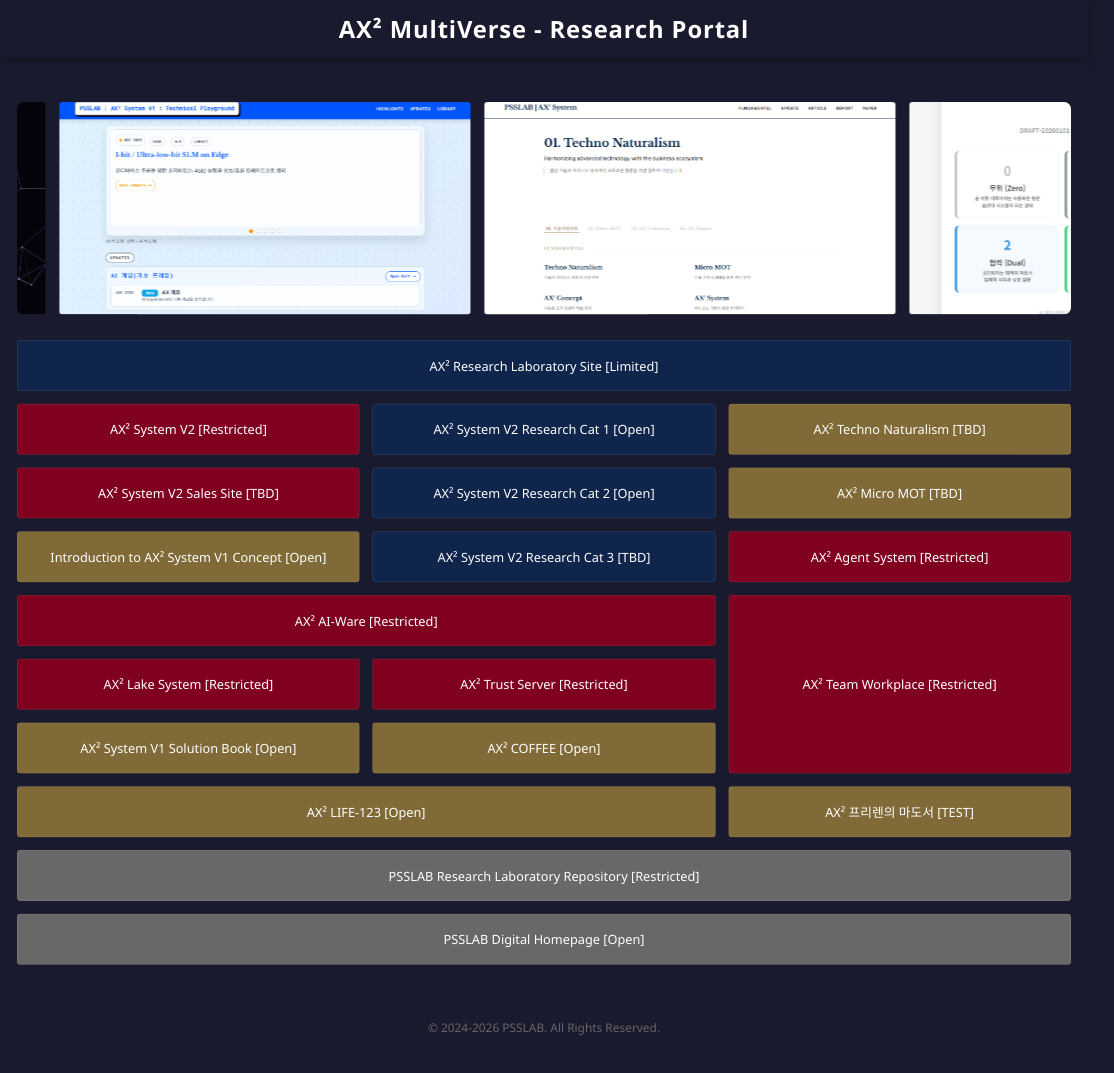
Repository: hycse89/PSSLAB_OpenSite
Page: psslab_multiverse_v3.html
An editor plug-in stored every save of this project. The page is shown before and after a run of saves, followed by the edit.
The browser window is 1280 px wide. The page is 1310 px wide, so the pictures cover 1310 px, including what lies to the right of the window. The pictures show the whole page, at 85% of full size.

Above is the page before, as saved 2026-01-11 21:50:51.

After the next 2 saves:
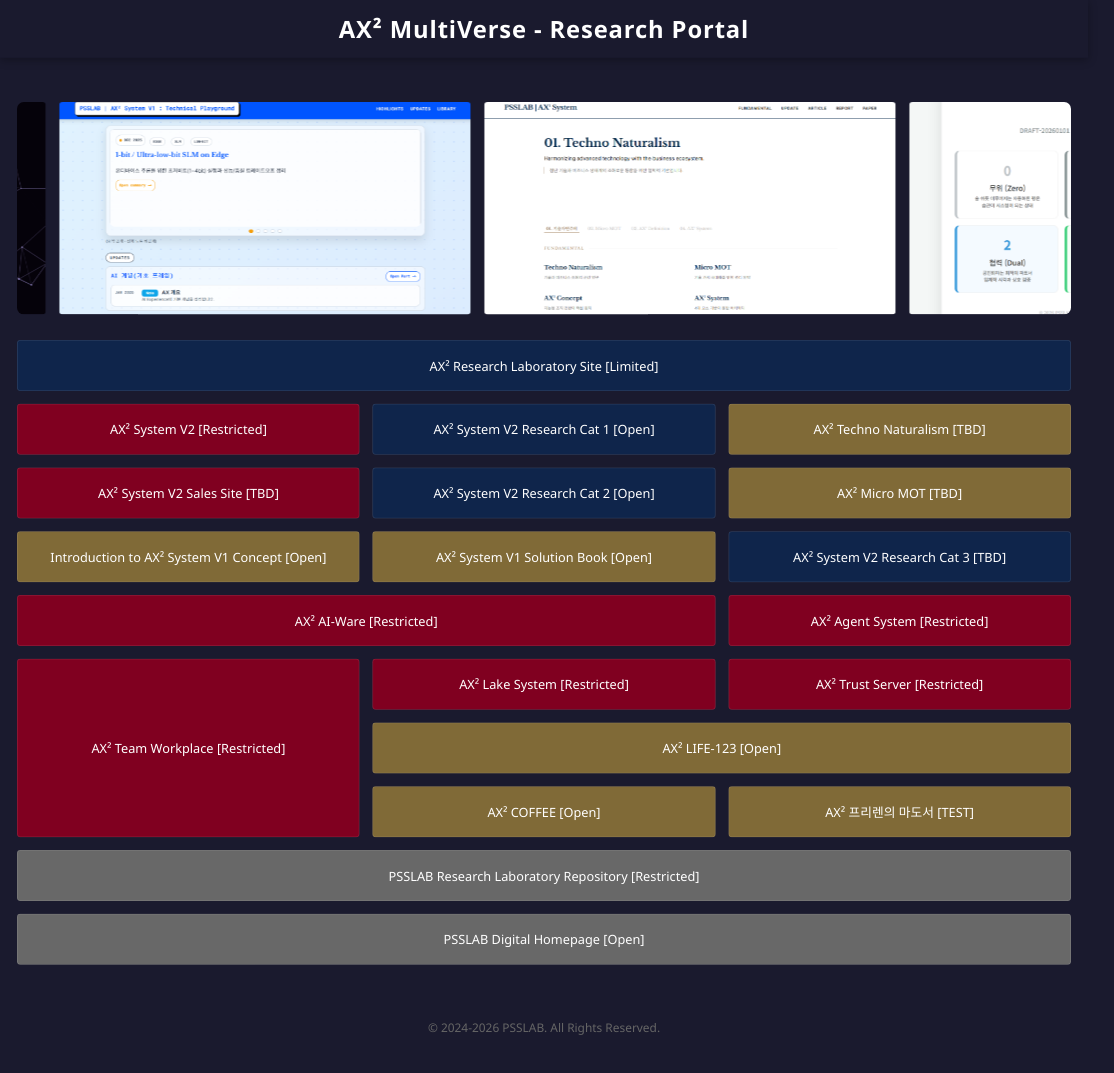
The 2 saves are shown as one change because they came seconds apart.
The last was saved 8 s later.
--- a/psslab_multiverse_v3.html
+++ b/psslab_multiverse_v3.html
@@ -196,6 +196,8 @@
 
             <a href="ax2_v1_concept/ax2_homepage.html" class="link-button color-3 h-1">Introduction to AX² System V1 Concept [Open]</a>
 
+            <a href="ax2_v1_concept/solution_book/index.html" class="link-button color-3 h-1">AX² System V1 Solution Book [Open]</a>
+
             <a href="ax2_v3_20260101/index.html" class="link-button color-1 h-1">AX² System V2 Research Cat 3 [TBD]</a>
 
             <a href="http://localhost:8002" class="link-button color-2 w-2 h-1">AX² AI-Ware [Restricted]</a>
@@ -204,7 +206,7 @@
             <a href="http://localhost:8004" class="link-button color-2 h-1">AX² Lake System [Restricted]</a>
             <a href="http://localhost:8005" class="link-button color-2 h-1">AX² Trust Server [Restricted]</a>
 
-            <a href="ax2_v1_concept/solution_book/index.html" class="link-button color-3 h-1">AX² System V1 Solution Book [Open]</a>
+
 
             <a href="http://localhost:8001/ax_site/ax2_life_123/index.html" class="link-button color-3 w-2 h-1">AX² LIFE-123 [Open]</a>
             <a href="http://localhost:8001/ax_site/ax2_coffee/index.html" class="link-button color-3 h-1">AX² COFFEE [Open]</a>
